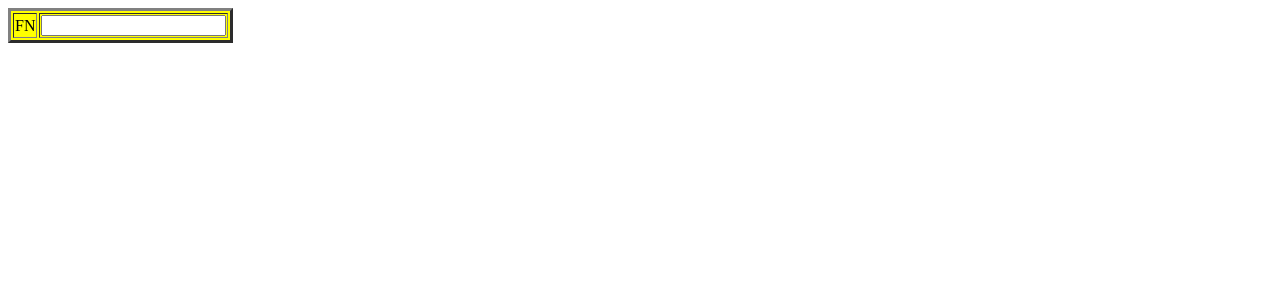
Repository: nadeem-fullstack-developer/jsp
Page: http://localhost/BRESTWebCL/home.jsp
An editor plug-in stored every save of this project. The page is shown before and after the next save, followed by the edit.
The browser window is 1280 px wide. The pictures show the whole page.
The page is served by Tomcat 9.

Above is the page before, as saved 2024-06-16 04:18:55.

### BRESTWebCL/src/main/webapp/home.jsp
<%@ page language="java" contentType="text/html; charset=ISO-8859-1"
	pageEncoding="ISO-8859-1"%>
<!DOCTYPE html>
<html>
<head>
<meta charset="ISO-8859-1">
<title>Insert title here</title>
</head>
<body>

	<form action="add">
		<table border="3" bgcolor="yellow">
			<tr>
				<td>FN</td>
				<td><input type="text" name="fn"></td>
			</tr>

		</table>
	</form>
</body>
</html>

After the next save:
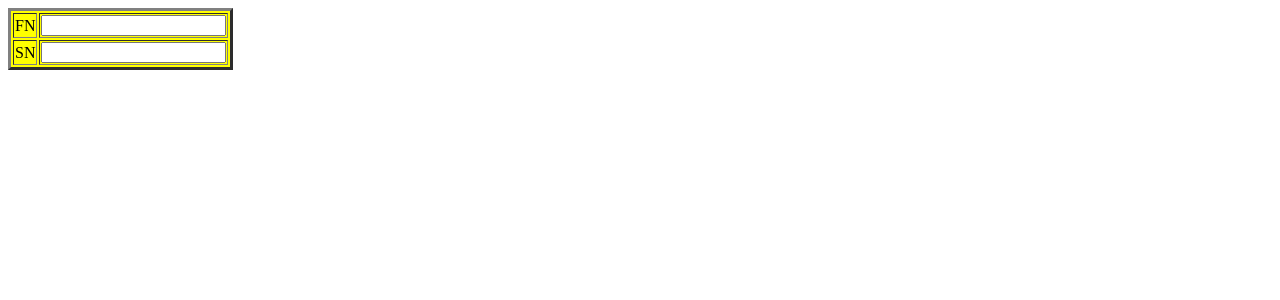
Saved 26 s later.
--- a/BRESTWebCL/src/main/webapp/home.jsp
+++ b/BRESTWebCL/src/main/webapp/home.jsp
@@ -14,6 +14,10 @@
 				<td>FN</td>
 				<td><input type="text" name="fn"></td>
 			</tr>
+			<tr>
+				<td>SN</td>
+				<td><input type="text" name="sn"></td>
+			</tr>
 
 		</table>
 	</form>
